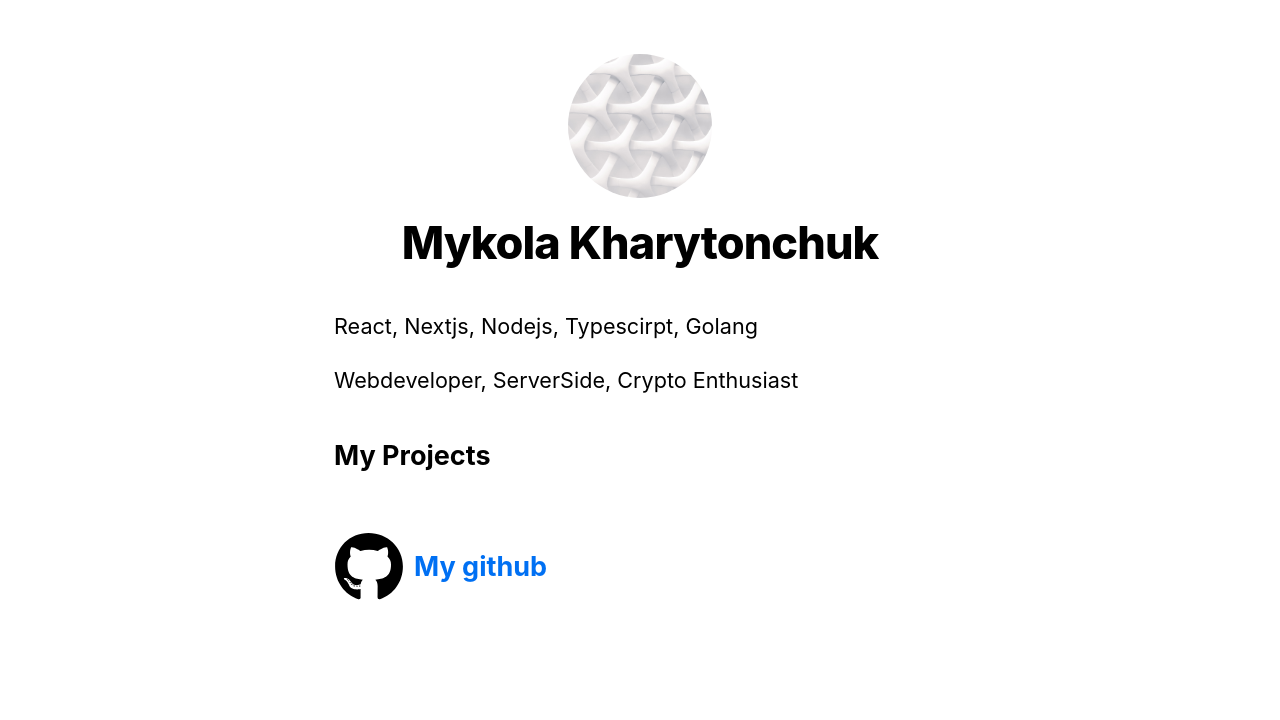
Repository: Mooninghnk/resume
Page: /
The author's editor kept a copy of each file at every save. The page is drawn from the files as they stood at one save, then again after the next save.
The browser window is 1280 px wide. The pictures show the whole page.
The project was rebuilt for these pictures with package versions that can differ from the ones it lists, and the page was loaded fresh each time. The framework's server and built-in components were replaced by stand-ins that run in the browser.

Above is the page before, as saved 2021-12-29 21:17:10.

### pages/_app.tsx
import '../styles/global.css'

import { AppProps } from 'next/app'

function App({ Component, pageProps }: AppProps) {
  return <Component {...pageProps} />
}

export default App

### pages/index.tsx
import Head from "next/head";
import Layout from "../components/layout";
import utilStyles from "../styles/utils.module.css";

import { FaGithub } from "react-icons/fa";
import Link from "next/link";
import { useState } from "react";




export default function Home({ allPostsData }) {
  const [icon, sizeIcon] = useState(70);
  const onH = (event) => {
    sizeIcon(100)
  }
  return (
    <Layout home>
      <Head>
        <title>{"resume"}</title>
      </Head>
      <section className={utilStyles.headingMd}>
        <p>React, Nextjs, Nodejs, Typescirpt, Golang</p>
        <p>Webdeveloper, ServerSide, Crypto Enthusiast </p>
      </section>
      <section className={`${utilStyles.headingMd} ${utilStyles.padding1px}`}>
        <h2 className={utilStyles.headingLg}>My Projects</h2>
        <ul className={utilStyles.list}>
          <li className={utilStyles.listItem}>
            <br />
            <small  className={utilStyles.lightText}>
              <Link href={"https://github.com/Mooninghnk"}>
                <div onMouseOver={e => onH(e)} className="link" style={{display: "inline-flex", alignItems: "center"}}>
                 <FaGithub  color="black" size={icon} style={{marginRight: "10px"}}/>
                <h1>{" "} My github</h1>
                 </div>

              </Link>
            </small>
          </li>
        </ul>
      </section>
    </Layout>
  );
}

### components/layout.tsx
import Head from 'next/head'
import Image from 'next/image'
import styles from './layout.module.css'
import utilStyles from '../styles/utils.module.css'
import Link from 'next/link'

const name = '[Your Name]'
export const siteTitle = 'Next.js Sample Website'

export default function Layout({ children, home }) {
  return (
    <div className={styles.container}>
      <Head>
        <link rel="icon" href="/favicon.ico" />
        <meta
          name="description"
          content="Learn how to build a personal website using Next.js"
        />
        <meta
          property="og:image"
          content={`https://og-image.vercel.app/${encodeURI(
            siteTitle
          )}.png?theme=light&md=0&fontSize=75px&images=https%3A%2F%2Fassets.zeit.co%2Fimage%2Fupload%2Ffront%2Fassets%2Fdesign%2Fnextjs-black-logo.svg`}
        />
        <meta name="og:title" content={siteTitle} />
        <meta name="twitter:card" content="summary_large_image" />
      </Head>
      <header className={styles.header}>
        {home ? (
          <>
            <Image
              priority
              src="/images/profile.jpg"
              className={utilStyles.borderCircle}
              height={144}
              width={144}
              alt={name}
            />
            <h1 className={utilStyles.heading2Xl}>{"Mykola Kharytonchuk"}</h1>
          </>
        ) : (
          <>
            <Link href="/">
              <a>
                <Image
                  priority
                  src="/images/profile.jpg"
                  className={utilStyles.borderCircle}
                  height={108}
                  width={108}
                  alt={name}
                />
              </a>
            </Link>
            <h2 className={utilStyles.headingLg}>
              <Link href="/">
                <a className={utilStyles.colorInherit}>{name}</a>
              </Link>
            </h2>
          </>
        )}
      </header>
      <main>{children}</main>
      {!home && (
        <div className={styles.backToHome}>
          <Link href="/">
            <a>← Back to home</a>
          </Link>
        </div>
      )}
    </div>
  )
}

### components/layout.module.css
.container {
  max-width: 36rem;
  padding: 0 1rem;
  margin: 3rem auto 6rem;
}

.header {
  display: flex;
  flex-direction: column;
  align-items: center;
}

.backToHome {
  margin: 3rem 0 0;
}

Loaded but not shown: styles/global.css (common file); styles/utils.module.css (common file)

After the next save:
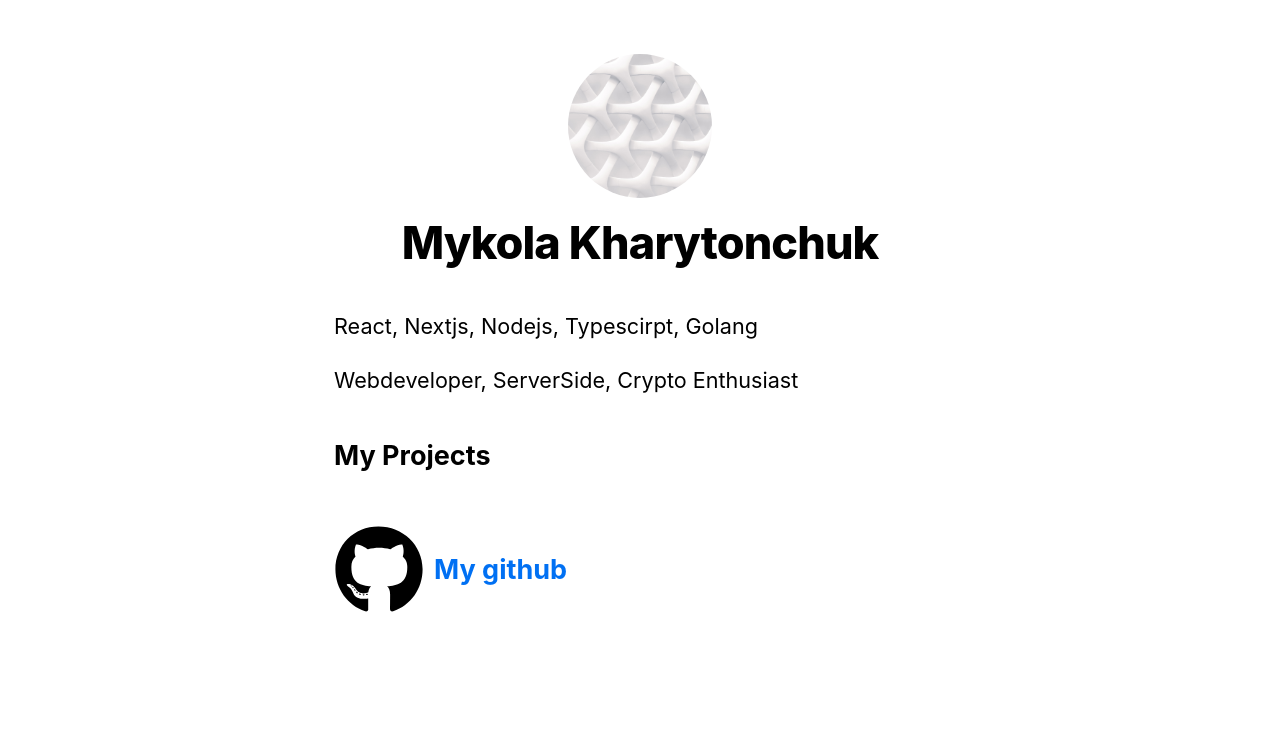
Saved 10 min 54 s later.
--- a/pages/index.tsx
+++ b/pages/index.tsx
@@ -10,10 +10,8 @@ import { useState } from "react";
 
 
 export default function Home({ allPostsData }) {
-  const [icon, sizeIcon] = useState(70);
-  const onH = (event) => {
-    sizeIcon(100)
-  }
+  const [icon, sizeIcon] = useState(90);
+
   return (
     <Layout home>
       <Head>
